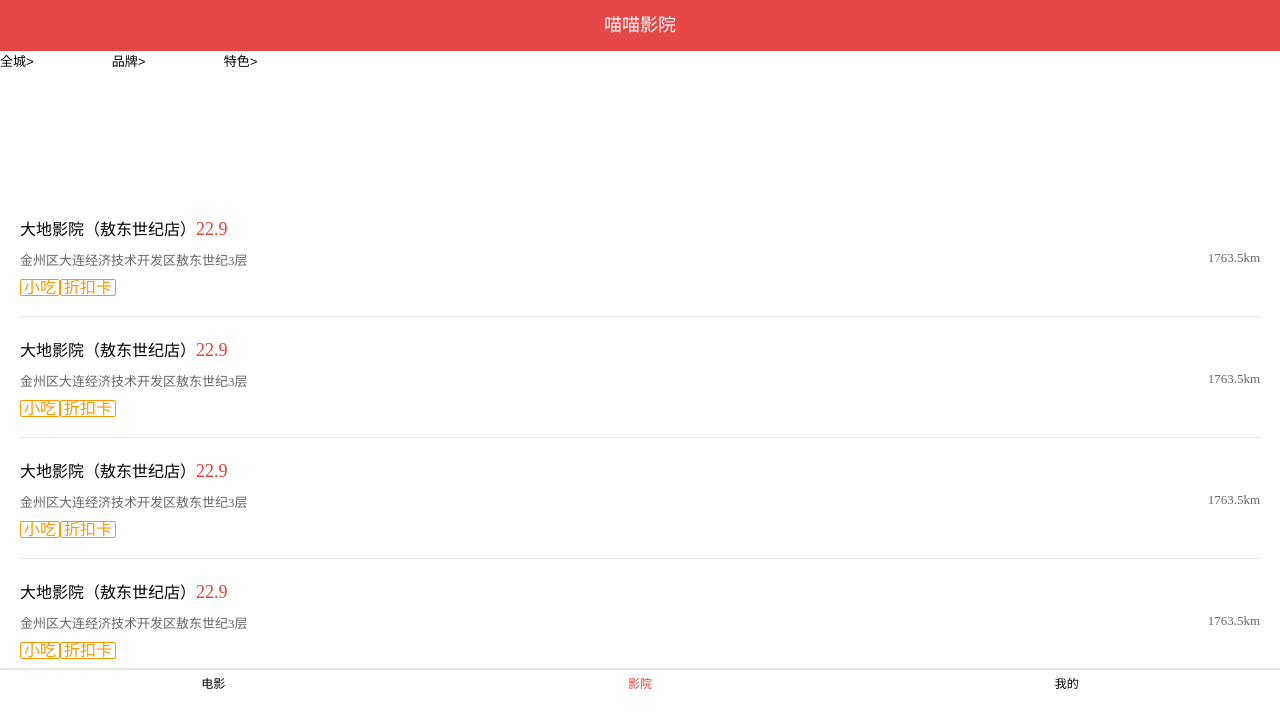
Repository: X-J-0/miaomiao_film
Page: /cinema (app in miaomiao/)
An editor plug-in stored every save of this project. The page is shown before and after the next save, followed by the edit.
The browser window is 1280 px wide. The pictures show the whole page.
The project was rebuilt for these pictures with package versions that can differ from the ones it lists, and the page was loaded fresh each time. Also part of the build but not shown: miaomiao/src/components/Allocate/index.vue. Imported but missing from the stored project, and not drawn on this page: miaomiao/src/components/Brand, miaomiao/src/components/Special.

Above is the page before, as saved 2020-03-24 19:39:12.

After the next save:
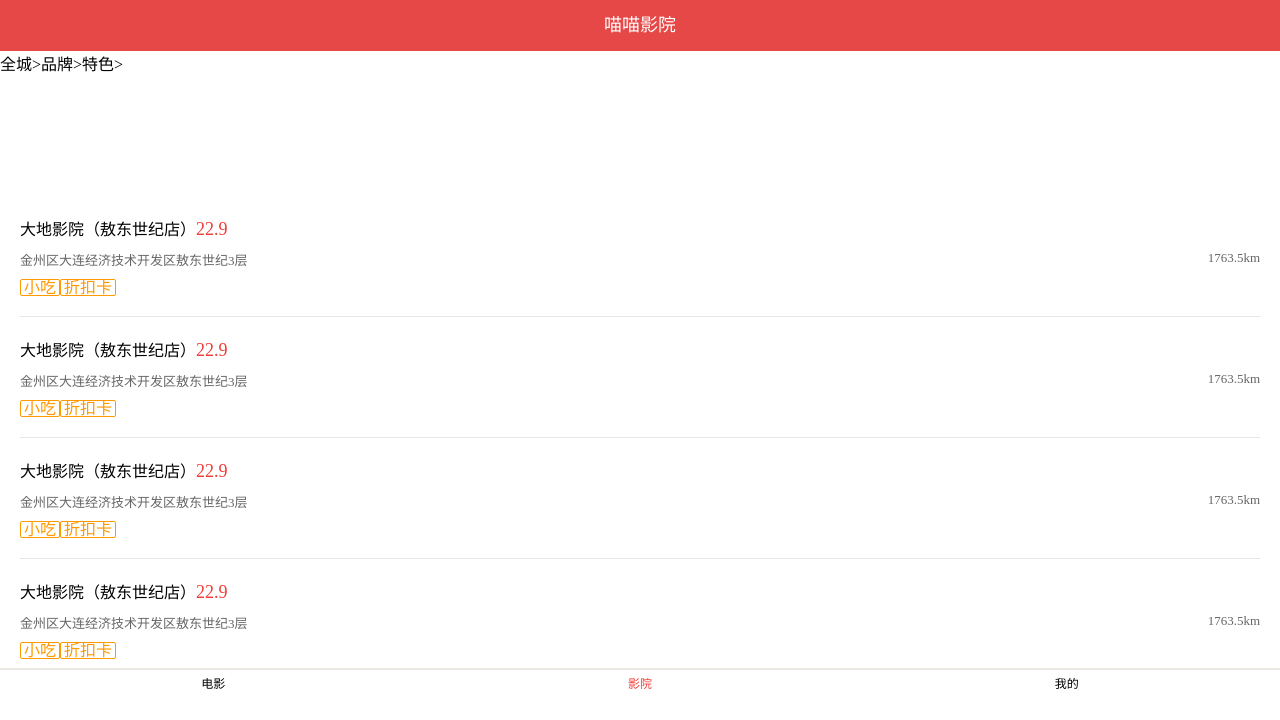
Saved 91 s later.
--- a/miaomiao/src/views/Cinema/index.vue
+++ b/miaomiao/src/views/Cinema/index.vue
@@ -2,9 +2,17 @@
     <div id="main">
         <Header title="喵喵影院" />
         <div id="content">
-          <div class="cinema_menu">
-            <pre><span class="city_switch">全城></span>          <span class="brand_switch">品牌></span>          <span class="feature_switch">特色></span></pre>
-          </div>
+          <ul class="cinema_menu">
+            <li class="city_switch">
+              全城>
+            </li>
+            <li class="brand_switch">
+              品牌>
+            </li>
+            <li class="feature_switch">
+              特色>
+            </li>
+          </ul>
         </div>
         <Clist/>
         <TabBar />
@@ -32,5 +40,7 @@ export default {
 </script>
 
 <style scoped>
-
+.cinema_menu li{
+  float:left;
+}
 </style>
